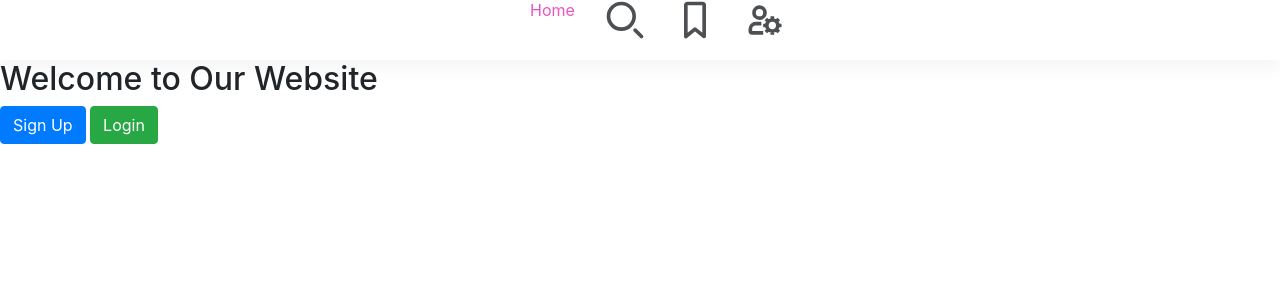
Repository: khoilvgcc210040/nextgenedu
Page: http://localhost/
These files come from the project's save history. The page is drawn as it stood at one moment and after the next save; the edit follows.
The browser window is 1280 px wide. The pictures show the whole page.
The page is served by the project's application, run on Django 5.2 (manage.py). Other server files are loaded and not shown.

Above is the page before, as saved 2024-08-10 18:21:02.

### home/templatetags/filters.py
from django import template

register = template.Library()

@register.filter(name='range')
def filter_range(start, end):
    return range(start, end)

### templates/home.html
<!DOCTYPE html>
<html lang="en">
<head>
    <meta charset="UTF-8">
    <meta name="viewport" content="width=device-width, initial-scale=1.0">
    <title>Home</title>
    <!-- Bootstrap CSS -->
    <link href="https://stackpath.bootstrapcdn.com/bootstrap/4.5.2/css/bootstrap.min.css" rel="stylesheet">
</head>
<style>
    #navbody {
        width: 100%;
        height: 60px;
        background-color: rgb(255, 255, 255);
        box-shadow: 0px 10px 15px rgba(0, 0, 0, 0.041);
        align-items: center;
        justify-content: center;
        display: flex;
    }

    .ul {
        list-style: none;
        width: 100%;
        background-color: transparent;
        display: flex;
        justify-content: space-between;
        margin-top: 20px;
    }

    .ul .li {
        display: inline-block;
    }

    .radio {
        display: none;
    }

    .svg {
        width: 70px;
        height: 70px;
        opacity: 80%;
        cursor: pointer;
        padding: 13px 10px;
        transition: 0.2s;
    }

    .ul .li .svg:hover {
        transition: 0.1s;
        color: rgb(235, 40, 176);
        position: relative;
        margin-top: -4px;
        opacity: 100%;
    }

    .radio:checked + label .li .svg {
        color: rgb(235, 40, 176);
        fill-rule: evenodd;
    }
</style>
<body>
        <div id="navbody">
            <form action="#">
                <ul class="ul">
                <input checked="" name="rad" class="radio" id="choose1" type="radio" />
                <label for="choose1">
                    <li class="li">
                    <p class="svg">Home</p>
                    </li>
                </label>
                <input class="radio" name="rad" id="choose2" type="radio" />
                <label for="choose2">
                    <li class="li">
                    <svg
                        viewBox="0 0 24 24"
                        fill="none"
                        height="24"
                        width="24"
                        xmlns="http://www.w3.org/2000/svg"
                        aria-hidden="true"
                        class="svg w-6 h-6 text-gray-800 dark:text-white"
                    >
                        <path
                        d="m21 21-3.5-3.5M17 10a7 7 0 1 1-14 0 7 7 0 0 1 14 0Z"
                        stroke-width="2"
                        stroke-linecap="round"
                        stroke="currentColor"
                        ></path>
                    </svg>
                    </li>
                </label>
                <input class="radio" name="rad" id="choose3" type="radio" />
                <label for="choose3">
                    <li class="li">
                    <svg
                        viewBox="0 0 24 24"
                        fill="none"
                        height="24"
                        width="24"
                        xmlns="http://www.w3.org/2000/svg"
                        aria-hidden="true"
                        class="svg w-6 h-6 text-gray-800 dark:text-white"
                    >
                        <path
                        d="m17 21-5-4-5 4V3.889a.92.92 0 0 1 .244-.629.808.808 0 0 1 .59-.26h8.333a.81.81 0 0 1 .589.26.92.92 0 0 1 .244.63V21Z"
                        stroke-width="2"
                        stroke-linejoin="round"
                        stroke-linecap="round"
                        stroke="currentColor"
                        ></path>
                    </svg>
                    </li>
                </label>
                <input class="radio" name="rad" id="choose4" type="radio" />
                <label for="choose4">
                    <li class="li">
                    <svg
                        viewBox="0 0 24 24"
                        fill="none"
                        height="24"
                        width="24"
                        xmlns="http://www.w3.org/2000/svg"
                        aria-hidden="true"
                        class="svg w-6 h-6 text-gray-800 dark:text-white"
                    >
                        <path
                        d="M10 19H5a1 1 0 0 1-1-1v-1a3 3 0 0 1 3-3h2m10 1a3 3 0 0 1-3 3m3-3a3 3 0 0 0-3-3m3 3h1m-4 3a3 3 0 0 1-3-3m3 3v1m-3-4a3 3 0 0 1 3-3m-3 3h-1m4-3v-1m-2.121 1.879-.707-.707m5.656 5.656-.707-.707m-4.242 0-.707.707m5.656-5.656-.707.707M12 8a3 3 0 1 1-6 0 3 3 0 0 1 6 0Z"
                        stroke-width="2"
                        stroke-linejoin="round"
                        stroke-linecap="square"
                        stroke="currentColor"
                        ></path>
                    </svg>
                    </li>
                </label>
                </ul>
            </form>
        </div>
        <div id="auth-section">
            <!-- Nếu chưa đăng nhập -->
            {% if not user.is_authenticated %}
                <div id="not-logged-in">
                    <h2>Welcome to Our Website</h2>
                    <a href="{% url "auth" %}?form=signup" class="btn btn-primary">Sign Up</a>
                    <a href="{% url "auth" %}?form=login" class="btn btn-success">Login</a>
                </div>
            <!-- Nếu đã đăng nhập -->
            {% else %}
                <div id="logged-in">
                    <h2>Welcome Back, {{ user.username }}!</h2>
                    <a href="{% url 'logout' %}" class="btn btn-danger">Logout</a>
                </div>
            {% endif %}
        </div>
</body>
</html>

### home/views.py
from datetime import date
from django.shortcuts import render, redirect
from django.contrib.auth import authenticate, login, logout
from django.contrib import messages
from home.models import CustomUser

def home(request):
    if 'login_email' in request.session:
        del request.session['login_email']
    if 'signup_data' in request.session:
        del request.session['signup_data']
    context = {}
    return render(request, 'home.html', context)

def authPage(request):
    if request.method == 'POST':
        form_type = request.POST.get('form', 'signup')
        signup_error = False
        login_error = False

        if form_type == 'signup':
            email = request.POST.get('email')
            username = request.POST.get('username')
            password = request.POST.get('password')
            confirmPassword = request.POST.get('confirm-password')
            day = int(request.POST.get('day'))
            month = int(request.POST.get('month'))
            year = int(request.POST.get('year'))
            role = request.POST.get('role')
            grade = request.POST.get('grade')
            terms = request.POST.get('terms') == 'on'

            errors = False

            if CustomUser.objects.filter(email=email).exists():
                messages.info(request, '❌ This email is already registered. Please use a different email address.', extra_tags='signup')
                errors = True

            if CustomUser.objects.filter(username=username).exists():
                messages.info(request, '❌ This username is already taken. Please choose a different username.', extra_tags='signup')
                errors = True

            if password != confirmPassword:
                messages.info(request, '❌ The passwords do not match. Please check and re-enter them.', extra_tags='signup')
                errors = True

            if errors:
                signup_error = True
                request.session['signup_data'] = {
                    'email': email,
                    'username': username,
                    'day': day,
                    'month': month,
                    'year': year,
                    'role': role,
                    'grade': grade,
                    'terms': terms
                }
                return redirect('/auth/?form=signup&signup_error=True')
            else:
                user = CustomUser.objects.create_user(username=username, email=email, password=password)
                user.date_of_birth = date(year, month, day)
                user.role = role
                user.grade = grade
                user.terms_accepted = terms
                user.save()

                user = authenticate(request, email=email, password=password)
                login(request, user)
                return redirect('home')

        elif form_type == 'login':
            email = request.POST.get('email')
            password = request.POST.get('login-password')

            user = authenticate(request, email=email, password=password)

            if user is not None:
                login(request, user)
                return redirect('home')
            else:
                messages.info(request, 'Oops. Something went wrong 😅. Please try again.', extra_tags='login')
                login_error = True
                request.session['login_email'] = email
                return redirect('/auth/?form=login&login_error=True')
    else:
        form_type = request.POST.get('form', 'signup')
        signup_error = request.GET.get('signup_error', 'False') == 'True'
        login_error = request.GET.get('login_error', 'False') == 'True'
        signup_data = request.session.pop('signup_data', {})
        days = list(range(1, 32))
        months = {i: month for i, month in enumerate(["January", "February", "March", "April", "May", "June", "July", "August", "September", "October", "November", "December"], start=1)}
        years = list(range(1900, 2024 + 1))
        print(signup_error)
        print(login_error)
        context = {
            'form_type': form_type,
            'signup_error': signup_error,
            'login_error': login_error,
            'email': signup_data.get('email', ''),
            'username': signup_data.get('username', ''),
            'day': signup_data.get('day', ''),
            'month': signup_data.get('month', ''),
            'year': signup_data.get('year', ''),
            'role': signup_data.get('role', ''),
            'grade': signup_data.get('grade', ''),
            'terms': signup_data.get('terms', False),
            'days': days,
            'months': months,
            'years': years,
            'login_email': request.session.get('login_email') if request.session.get('login_email') else "",
        }
        return render(request, 'auth.html', context)

def logoutPage(request):
    logout(request)
    return redirect('home')

### home/urls.py
from django.urls import path
from . import views

urlpatterns = [
    path('', views.home, name='home'),
    path('auth/', views.authPage, name='auth'),
    path('logout/', views.logoutPage, name='logout'),
]

Loaded but not shown: nextgenedu/urls.py (common file)

After the next save:
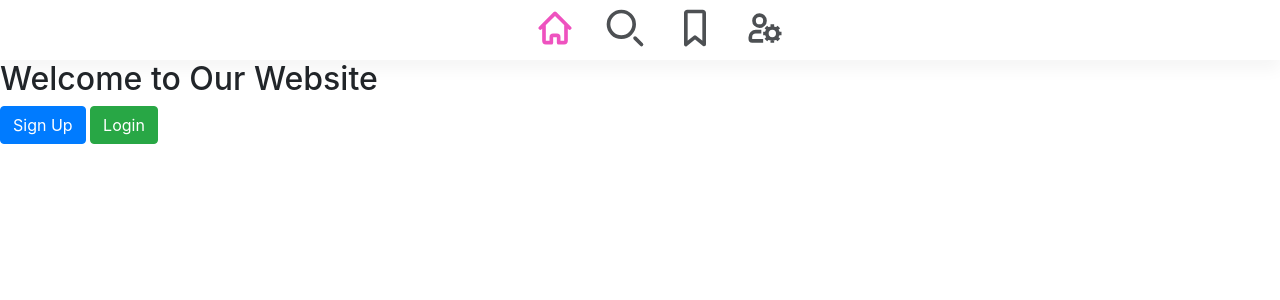
Saved 18 s later.
--- a/templates/home.html
+++ b/templates/home.html
@@ -64,7 +64,23 @@
                 <input checked="" name="rad" class="radio" id="choose1" type="radio" />
                 <label for="choose1">
                     <li class="li">
-                    <p class="svg">Home</p>
+                    <svg
+                        viewBox="0 0 24 24"
+                        fill="none"
+                        height="24"
+                        width="24"
+                        xmlns="http://www.w3.org/2000/svg"
+                        aria-hidden="true"
+                        class="svg w-6 h-6 text-gray-800 dark:text-white"
+                    >
+                        <path
+                        d="m4 12 8-8 8 8M6 10.5V19a1 1 0 0 0 1 1h3v-3a1 1 0 0 1 1-1h2a1 1 0 0 1 1 1v3h3a1 1 0 0 0 1-1v-8.5"
+                        stroke-width="2"
+                        stroke-linejoin="round"
+                        stroke-linecap="round"
+                        stroke="currentColor"
+                        ></path>
+                    </svg>
                     </li>
                 </label>
                 <input class="radio" name="rad" id="choose2" type="radio" />
